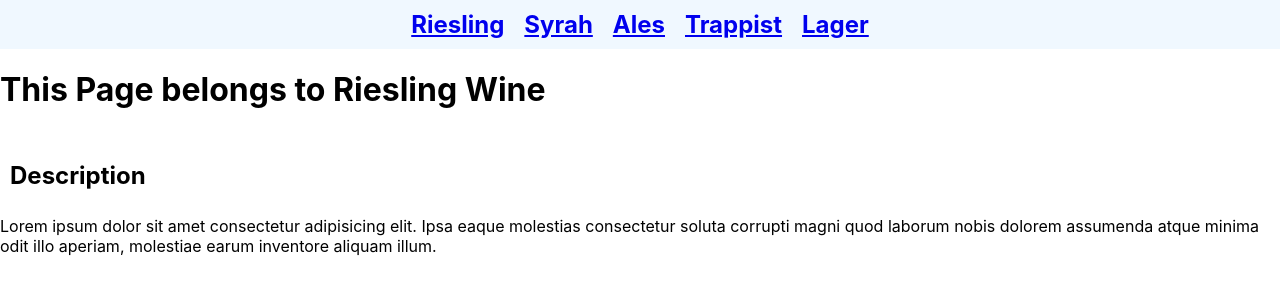
Repository: portretrieve/react-practice
Page: /
An editor plug-in stored every save of this project. The page is shown before and after the next save, followed by the edit.
The browser window is 1280 px wide. The pictures show the whole page.
The project was rebuilt for these pictures with package versions that can differ from the ones it lists, and the page was loaded fresh each time. Also part of the build but not shown: src/wines/Syrah.js, src/beers/Ale.js, src/beers/Lager.js, src/beers/Trappist.js.

Above is the page before, as saved 2021-08-26 19:13:03.

After the next save:
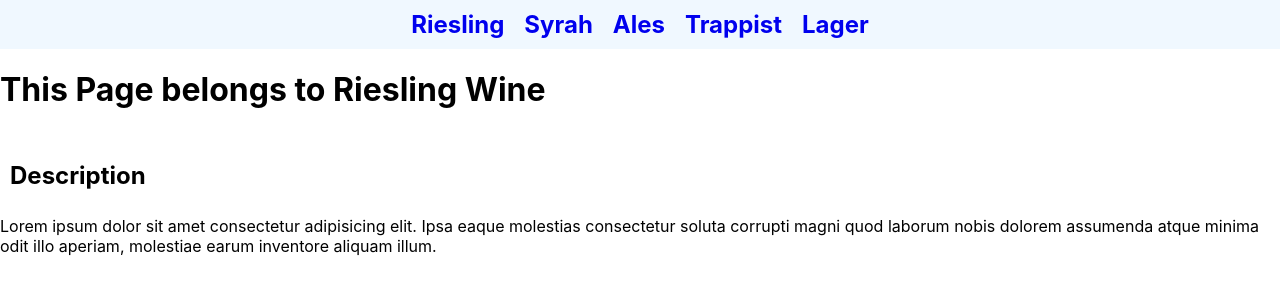
Saved 10 s later.
--- a/src/navigation/header.module.css
+++ b/src/navigation/header.module.css
@@ -2,10 +2,13 @@
     margin: 0 auto;
     text-align: center;
     background-color: aliceblue;
-    text-decoration: none;
 }
 
 h2 {
     display: inline-block;
     margin: 10px;
 }
+
+a {
+    text-decoration: none;
+}
